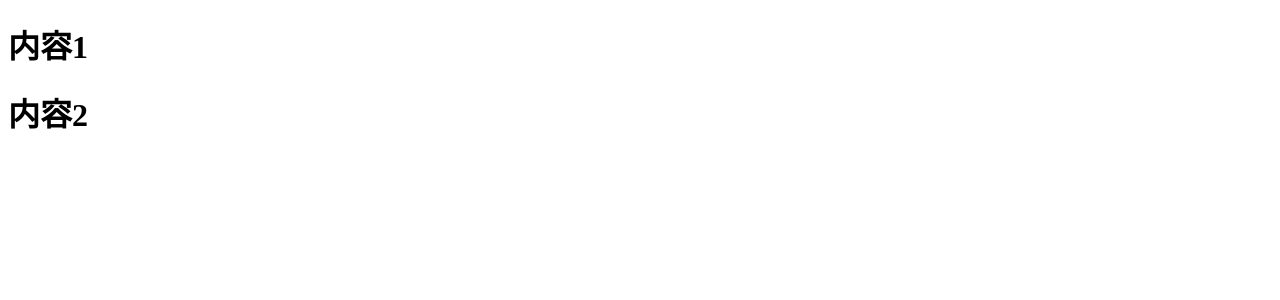
Repository: KaibutsuSama/CodePracticeExample
Page: Html5+Css3/Css3/04.浮动/test01.html
These files come from the project's save history. The page is drawn as it stood at one moment and after a run of saves; the edit follows.
The browser window is 1280 px wide. The pictures show the whole page.

Above is the page before, as saved 2023-01-29 23:12:15.

### Html5+Css3/Css3/04.浮动/test01.html
<!DOCTYPE html>
<html lang="en">
<head>
    <meta charset="UTF-8">
    <meta http-equiv="X-UA-Compatible" content="IE=edge">
    <meta name="viewport" content="width=device-width, initial-scale=1.0">
    <title>Document</title>
</head>
<body>
    <h1>内容1</h1>
    <h1>内容2</h1>
</body>
</html>

After the next 3 saves:
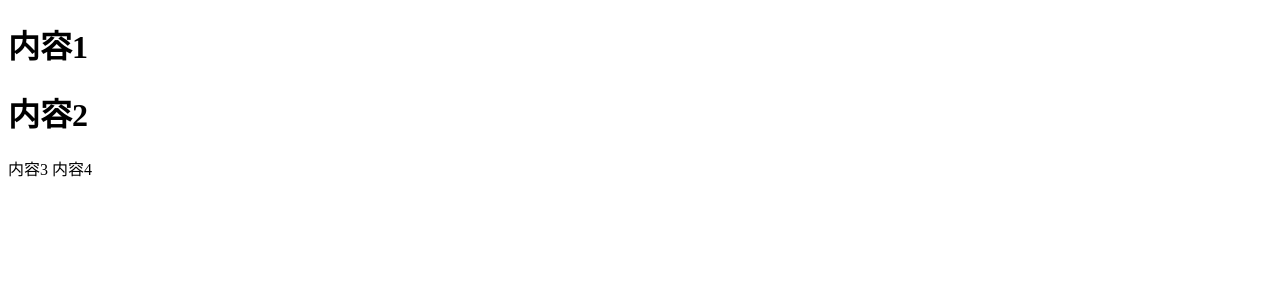
The 3 saves are shown as one change because they came seconds apart.
The last was saved 10 s later.
--- a/Html5+Css3/Css3/04.浮动/test01.html
+++ b/Html5+Css3/Css3/04.浮动/test01.html
@@ -9,5 +9,8 @@
 <body>
     <h1>内容1</h1>
     <h1>内容2</h1>
+
+    <span>内容3</span>
+    <span>内容4</span>
 </body>
 </html>
